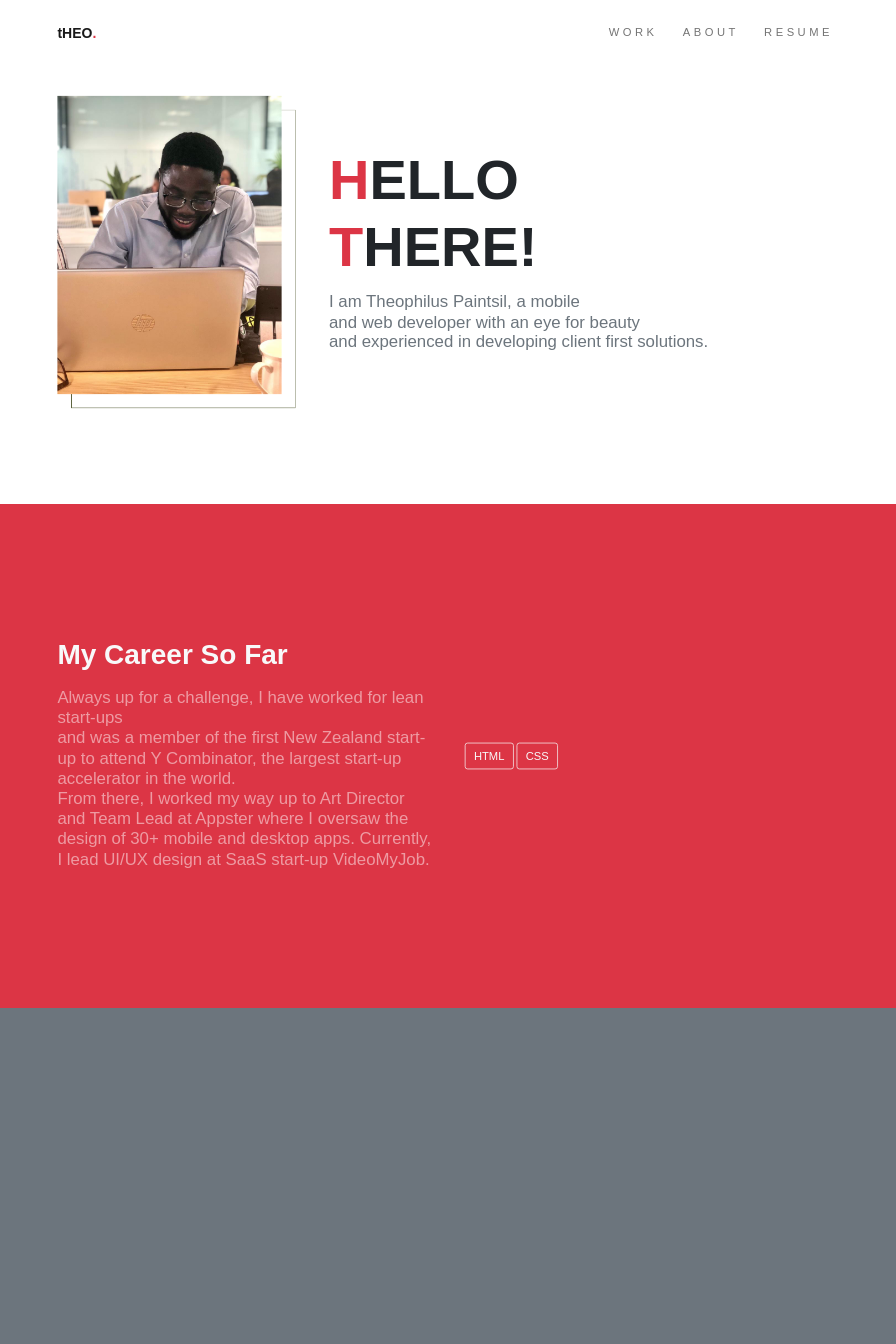
Repository: tHEO2k17/portfolio
Page: /
These files come from the project's save history. The page is drawn as it stood at one moment and after the next save; the edit follows.
The browser window is 1280 px wide. The pictures show the part of the page from y = 0 to 1920 px (the page is 3000 px tall), at 70% of full size.
The project was rebuilt for these pictures with package versions that can differ from the ones it lists, and the page was loaded fresh each time.

Above is the page before, as saved 2021-07-22 10:42:15.

After the next save:
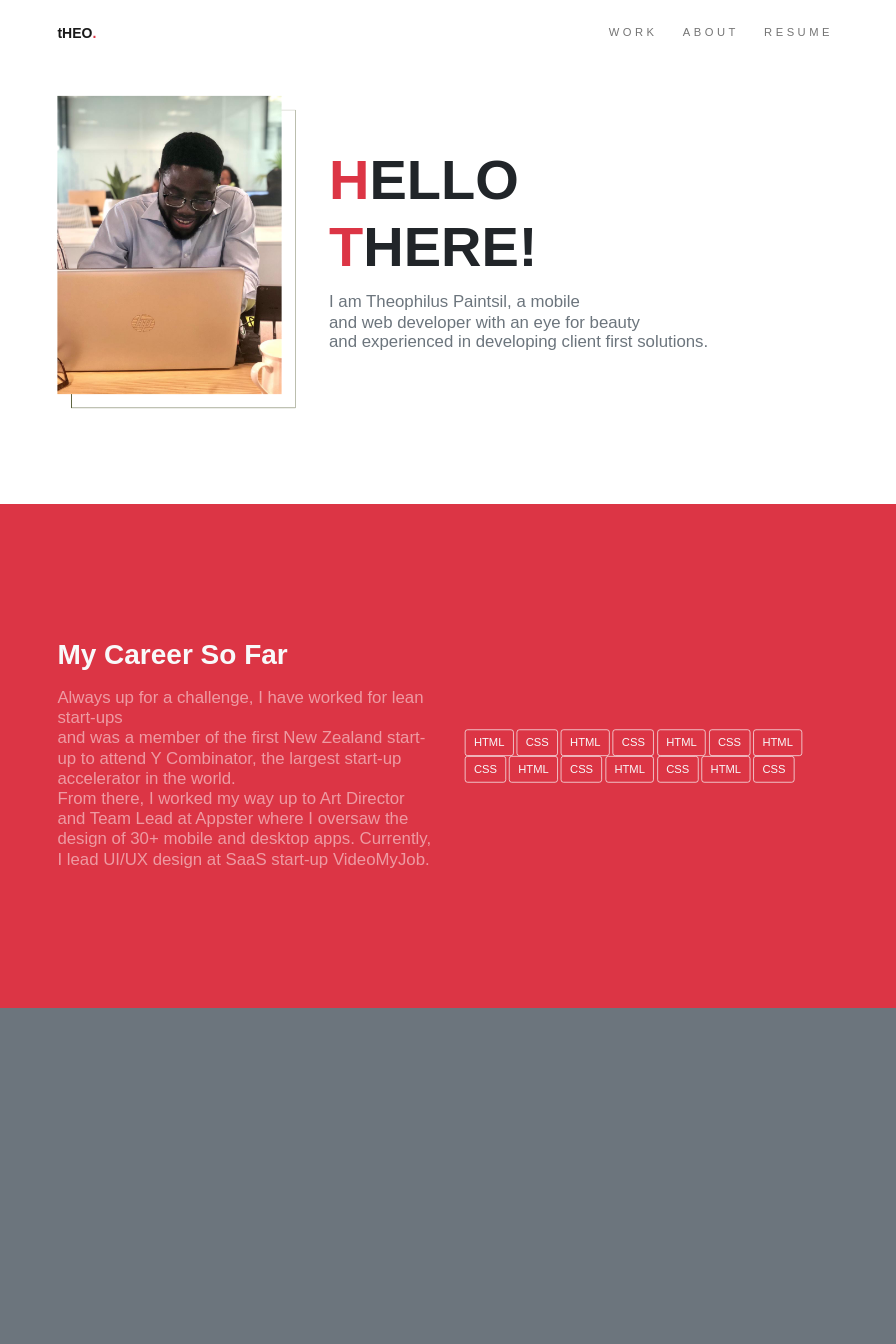
Saved 35 s later.
--- a/src/presentation/pages/HomePage.tsx
+++ b/src/presentation/pages/HomePage.tsx
@@ -3,7 +3,7 @@ import { Col, Container, Nav, Navbar, Row, Image, Button } from "react-bootstrap
 export default function HomePage() {
 
     const renderExperiences = () => {
-        return ['HTML', 'CSS'].map((e) => <> <Button variant="outline-light">{e}</Button> {' '} </>);
+        return ['HTML', 'CSS', 'HTML', 'CSS','HTML', 'CSS','HTML', 'CSS','HTML', 'CSS','HTML', 'CSS','HTML', 'CSS'].map((e) => <> <Button variant="outline-light">{e}</Button> {' '} </>);
     }
 
     return (
